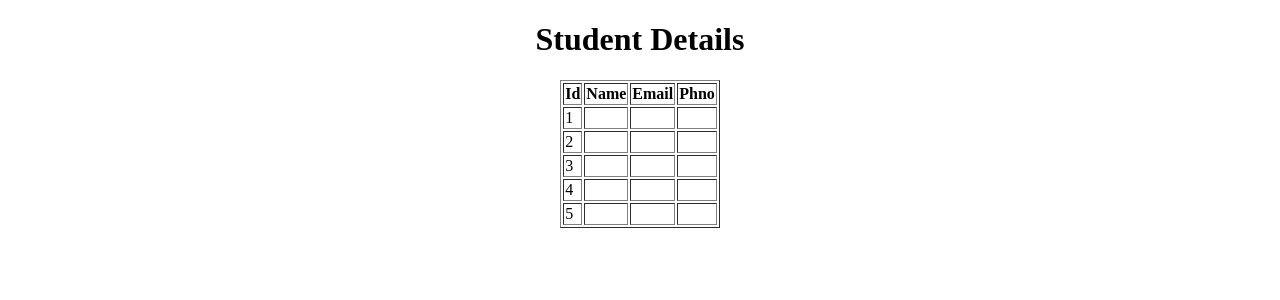
Repository: Chintan-elite/Java_Shail
Page: Learning_web/src/main/webapp/Table.html
These files come from the project's save history. The page is drawn as it stood at one moment and after the next save; the edit follows.
The browser window is 1280 px wide. The pictures show the whole page.

Above is the page before, as saved 2023-09-08 12:27:22.

### Learning_web/src/main/webapp/Table.html
<!DOCTYPE html>
<html>
<head>
<meta charset="ISO-8859-1">
<title>Insert title here</title>
</head>
<body>
		<h1 align="center">Student Details</h1>

		<table border="1" align="center">
		<tr>
			<th>Id</th>
			<th>Name</th>
			<th>Email</th>
			<th>Phno</th>
		</tr>

		<tr>
			<td>1</td>
			<td></td>
			<td></td>
			<td></td>
		</tr>

		<tr>
			<td>2</td>
			<td></td>
			<td></td>
			<td></td>
		</tr>

		<tr>
			<td>3</td>
			<td></td>
			<td></td>
			<td></td>
		</tr>

		<tr>
			<td>4</td>
			<td></td>
			<td></td>
			<td></td>
		</tr>

		<tr>
			<td>5</td>
			<td></td>
			<td></td>
			<td></td>
		</tr>


		</table>




</body>
</html>

After the next save:
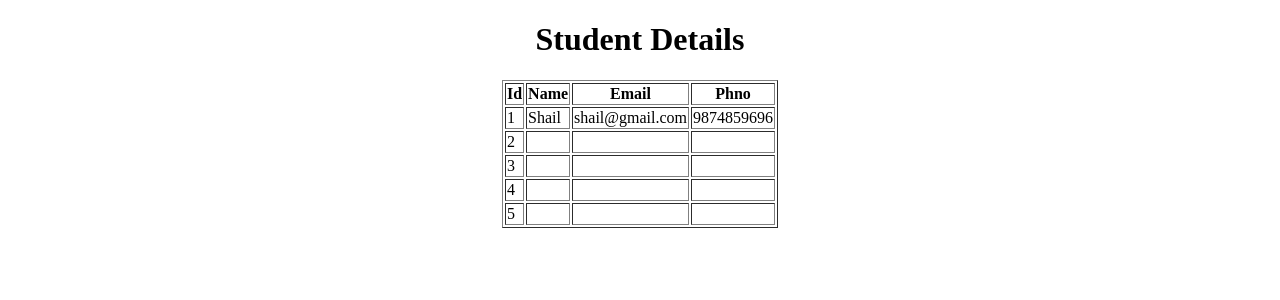
Saved 64 s later.
--- a/Learning_web/src/main/webapp/Table.html
+++ b/Learning_web/src/main/webapp/Table.html
@@ -17,9 +17,9 @@
 
 		<tr>
 			<td>1</td>
-			<td></td>
-			<td></td>
-			<td></td>
+			<td>Shail</td>
+			<td>shail@gmail.com</td>
+			<td>9874859696</td>
 		</tr>
 
 		<tr>
